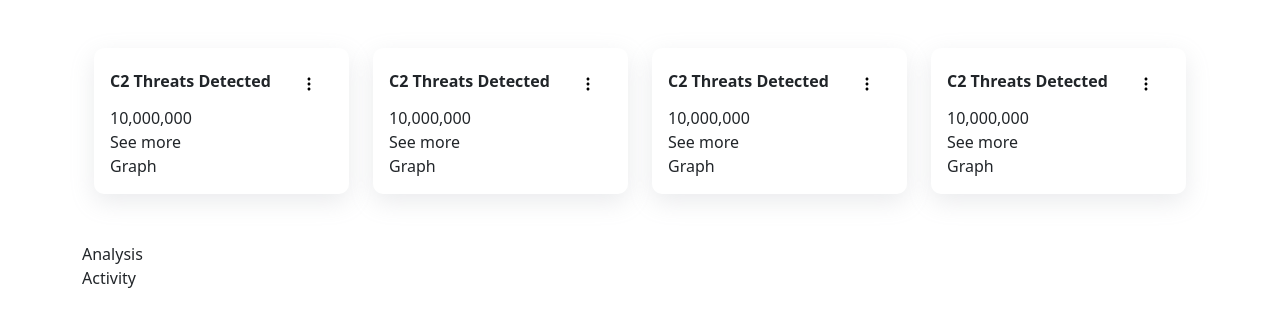
Repository: badhon252/dashboard
Page: /
The author's editor kept a copy of each file at every save. The page is drawn from the files as they stood at one save, then again after the next save.
The browser window is 1280 px wide. The pictures show the whole page.
The project was rebuilt for these pictures with package versions that can differ from the ones it lists, and the page was loaded fresh each time. Also part of the build but not shown: vite.config.js, src/App.css.

Above is the page before, as saved 2023-01-27 01:17:58.

After the next save:
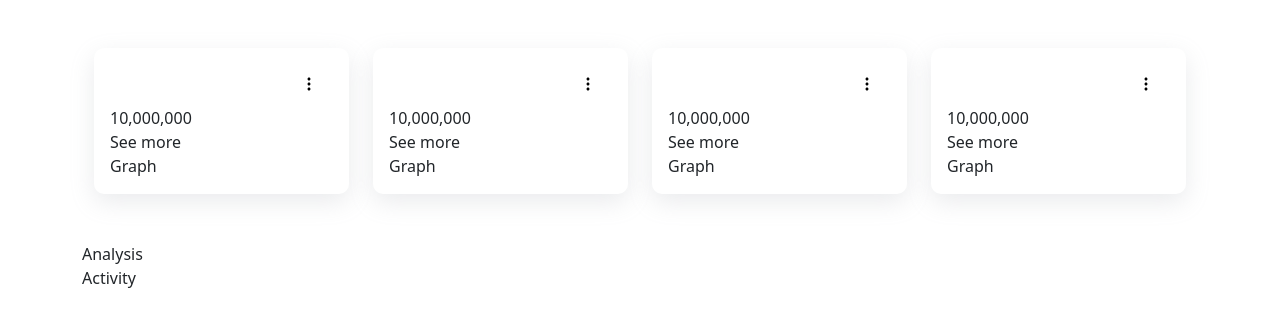
Saved 72 s later.
--- a/src/Components/Status/StatusCard.jsx
+++ b/src/Components/Status/StatusCard.jsx
@@ -1,11 +1,11 @@
 import dotIcon from "../../assets/dot.svg"
 import "./Status.css"
 
-export default function StatusCard() {
+export default function StatusCard({title, icon, amount, link}) {
   return (
       <div className="myCard my-5 p-3" >
         <div className="myCard_Head d-flex justify-content-between" >
-          <h3 className='myCard_title'>C2 Threats Detected</h3>
+          <h3 className='myCard_title'>{}</h3>
           <h3 className='myCard_icon'>
             <img className="img-fluid w-50" src={dotIcon} alt=":" />
           </h3>
